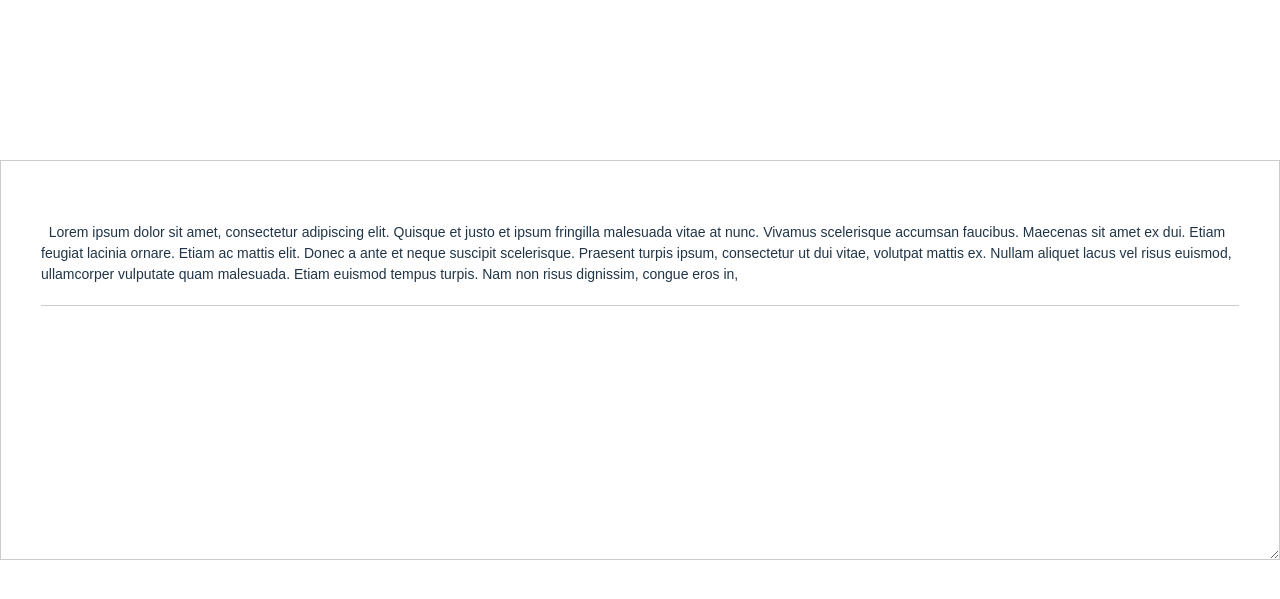
Repository: TakingJester766/Page-View
Page: /
An editor plug-in stored every save of this project. The page is shown before and after the next save, followed by the edit.
The browser window is 1280 px wide. The pictures show the whole page.
An inner scrolling area shows only its first screen. The project was rebuilt for these pictures with package versions that can differ from the ones it lists, and the page was loaded fresh each time. Also part of the build but not shown: vite.config.js.

Above is the page before, as saved 2023-01-15 22:46:34.

### src/App.jsx
import React from 'react';
import ScrollableText from './ScrollableText';

function App() {
  const text = `
  Lorem ipsum dolor sit amet, consectetur adipiscing elit. Quisque et justo et ipsum fringilla malesuada vitae at nunc. Vivamus scelerisque accumsan faucibus. Maecenas sit amet ex dui. Etiam feugiat lacinia ornare. Etiam ac mattis elit. Donec a ante et neque suscipit scelerisque. Praesent turpis ipsum, consectetur ut dui vitae, volutpat mattis ex. Nullam aliquet lacus vel risus euismod, ullamcorper vulputate quam malesuada. Etiam euismod tempus turpis. Nam non risus dignissim, congue eros in, suscipit dolor. Fusce lobortis, purus in accumsan euismod, sem tellus rhoncus purus, feugiat condimentum est ante nec ligula. Sed cursus est egestas odio ornare, at convallis ipsum hendrerit. Nam enim mi, pellentesque a tempus id, aliquam nec felis. Donec vel congue orci.

  Ut lacinia ultricies maximus. Donec a volutpat urna. Nam vestibulum tincidunt congue. Mauris eget lorem nunc. Morbi id velit sed augue vestibulum iaculis. Proin non massa a odio convallis imperdiet. Integer blandit congue arcu, eu tempor est gravida nec. Donec ut velit ut velit tincidunt luctus vitae sit amet neque. Morbi sodales tempus mi, vitae imperdiet diam viverra et. Nam ante diam, blandit sit amet maximus nec, vulputate in nibh. Aenean feugiat sapien sit amet erat tempus, eu lobortis tellus sodales.

  Vivamus nec dictum nibh, vel bibendum magna. Curabitur condimentum justo ac neque placerat, sit amet accumsan orci fermentum. Aliquam sed urna non eros feugiat fringilla. Vestibulum vel iaculis diam. Interdum et malesuada fames ac ante ipsum primis in faucibus. Morbi pretium augue tortor, in accumsan diam semper nec. Sed ac tincidunt tellus. Vivamus lobortis dui ut faucibus ultricies. Aliquam at consequat ipsum. Fusce vel mollis diam. Ut id dolor suscipit, iaculis est at, malesuada dui. Sed fringilla diam purus, a commodo augue pretium eget. Fusce blandit ut ante sed mollis. Nulla non porttitor urna. Curabitur sed varius nunc, id elementum justo.

  Etiam commodo finibus risus ut lobortis. Donec ac massa id dolor cursus gravida. Sed non sem id est tincidunt egestas. Aenean et aliquam est. Aenean ornare sit amet erat sed commodo. Morbi et tortor sit amet lacus tempor consectetur. Aenean ultrices libero ac tellus molestie, in maximus leo porttitor. Pellentesque scelerisque ante nec velit aliquam posuere. Donec varius id ligula sit amet facilisis. Maecenas purus metus, egestas et auctor non, sagittis vel tellus. Sed facilisis, urna ac interdum suscipit, massa diam vestibulum orci, eu pretium ex odio et sem. Curabitur tempor, mi nec luctus vestibulum, diam elit aliquam risus, ut vestibulum est ante at libero. Nunc auctor consequat leo.

  Aliquam eu mauris a elit tincidunt rutrum sed eget lacus. Ut faucibus laoreet mauris tempus feugiat. Orci varius natoque penatibus et magnis dis parturient montes, nascetur ridiculus mus. Morbi in pretium ante. Morbi vel blandit dolor. Morbi volutpat libero et enim lobortis pharetra. Aliquam eget velit vel lacus gravida dignissim non a nibh. Phasellus dictum, quam eget sagittis scelerisque, tortor leo aliquam nunc, quis varius ipsum risus sed nisi. Quisque congue diam sed ipsum molestie bibendum. Praesent iaculis, urna et pretium suscipit, sem tortor dignissim neque, quis laoreet lorem elit id sem. Duis ullamcorper felis justo, id rhoncus sapien finibus nec. Quisque posuere velit mattis suscipit ornare. Ut molestie dignissim vestibulum. Nam at lectus bibendum, rhoncus orci ac, scelerisque ligula. Interdum et malesuada fames ac ante ipsum primis in faucibus.`;
  return (
    <div className="scroll-container">
      <ScrollableText text={text} />
    </div>
  );
}

export default App;

### src/index.css
:root {
  font-family: Inter, Avenir, Helvetica, Arial, sans-serif;
  font-size: 16px;
  line-height: 24px;
  font-weight: 400;

  color-scheme: light dark;
  color: rgba(255, 255, 255, 0.87);
  background-color: #242424;

  font-synthesis: none;
  text-rendering: optimizeLegibility;
  -webkit-font-smoothing: antialiased;
  -moz-osx-font-smoothing: grayscale;
  -webkit-text-size-adjust: 100%;
}

a {
  font-weight: 500;
  color: #646cff;
  text-decoration: inherit;
}
a:hover {
  color: #535bf2;
}

body {
  margin: 0;
  display: flex;
  place-items: center;
  min-width: 320px;
  min-height: 100vh;
}

h1 {
  font-size: 3.2em;
  line-height: 1.1;
}

button {
  border-radius: 8px;
  border: 1px solid transparent;
  padding: 0.6em 1.2em;
  font-size: 1em;
  font-weight: 500;
  font-family: inherit;
  background-color: #1a1a1a;
  cursor: pointer;
  transition: border-color 0.25s;
}
button:hover {
  border-color: #646cff;
}
button:focus,
button:focus-visible {
  outline: 4px auto -webkit-focus-ring-color;
}

@media (prefers-color-scheme: light) {
  :root {
    color: #213547;
    background-color: #ffffff;
  }
  a:hover {
    color: #747bff;
  }
  button {
    background-color: #f9f9f9;
  }
}

.scroll-container {
  height: 400px; /* adjust this to your desired height */
  overflow: hidden;
  padding: 20px; /* add some padding for the content */
  box-sizing: border-box; /* include the padding and border in the total width and height */
  border: 1px solid #ccc; /* add a border */
  font-size: 14px; /* adjust the font size to your preference */
  font-family: Arial, sans-serif; /* adjust the font family to your preference */
  line-height: 1.5; /* adjust the line height to your preference */
  word-wrap: break-word;
  white-space: pre-wrap;
  position: relative;
  resize: both;
}



.page-break {
  width: 100%;
  height: 20px;
  border-bottom: 1px solid #ccc;
}

.text-container {
  padding: 20px;
}

.scroll-tracker {
  position: absolute;
  top: 0;
  left: 0;
  width: 100%;
  height: 100%;
}

### src/ScrollableText.jsx
import { useState } from 'react';

const ScrollableText = ({text}) => {
  const [currentPage, setCurrentPage] = useState(0);
  const charactersPerPage = 500;
  const pageCount = Math.ceil(text.length / charactersPerPage);

  const handleScroll = (event) => {
    setCurrentPage(Math.floor(event.target.scrollTop / event.target.scrollHeight));
  };

  return (
    <div>
        {Array.from({ length: pageCount }, (_, i) => {
          let start = i * charactersPerPage;
          let end = (i + 1) * charactersPerPage;
          let currentText = text.slice(start, end);
          if (currentText[currentText.length - 1] !== " ") {
            let lastSpace = currentText.lastIndexOf(" ");
            currentText = currentText.slice(0, lastSpace);
          }
          return (
            <div className={`page ${i === currentPage ? 'visible' : 'hidden'}`} key={i}>
              <div className="text-container" style={{overflow: 'auto', height: '500px'}} onScroll={handleScroll}>
                {currentText}
                {i !== pageCount - 1 && <div className="page-break"></div>}
              </div>
            </div>
          );
        })}
    </div>
);


}

export default ScrollableText;

Loaded but not shown: index.html (common file); src/main.jsx (common file)

After the next save:
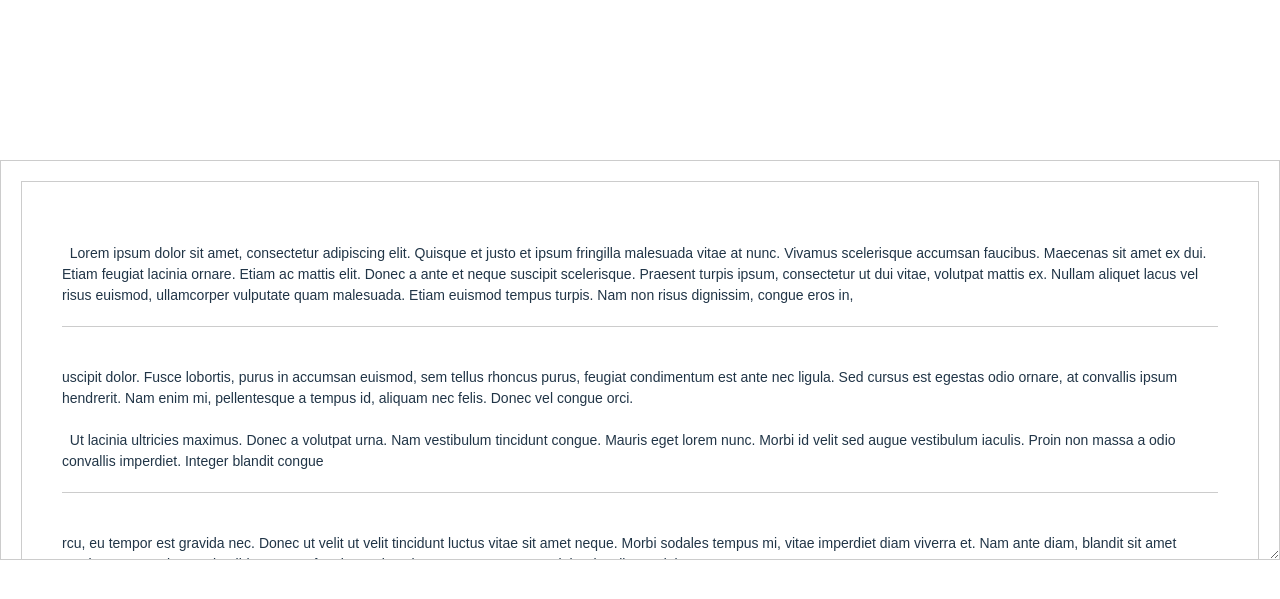
Saved 8 s later.
--- a/src/ScrollableText.jsx
+++ b/src/ScrollableText.jsx
@@ -11,6 +11,7 @@ const ScrollableText = ({text}) => {
 
   return (
     <div>
+      <div className="scroll-container" style={{overflow: 'auto', height: '500px'}} onScroll={handleScroll}>
         {Array.from({ length: pageCount }, (_, i) => {
           let start = i * charactersPerPage;
           let end = (i + 1) * charactersPerPage;
@@ -21,16 +22,16 @@ const ScrollableText = ({text}) => {
           }
           return (
             <div className={`page ${i === currentPage ? 'visible' : 'hidden'}`} key={i}>
-              <div className="text-container" style={{overflow: 'auto', height: '500px'}} onScroll={handleScroll}>
+              <div className="text-container">
                 {currentText}
                 {i !== pageCount - 1 && <div className="page-break"></div>}
               </div>
             </div>
           );
         })}
+      </div>
     </div>
-);
-
+  );
 
 }
 
